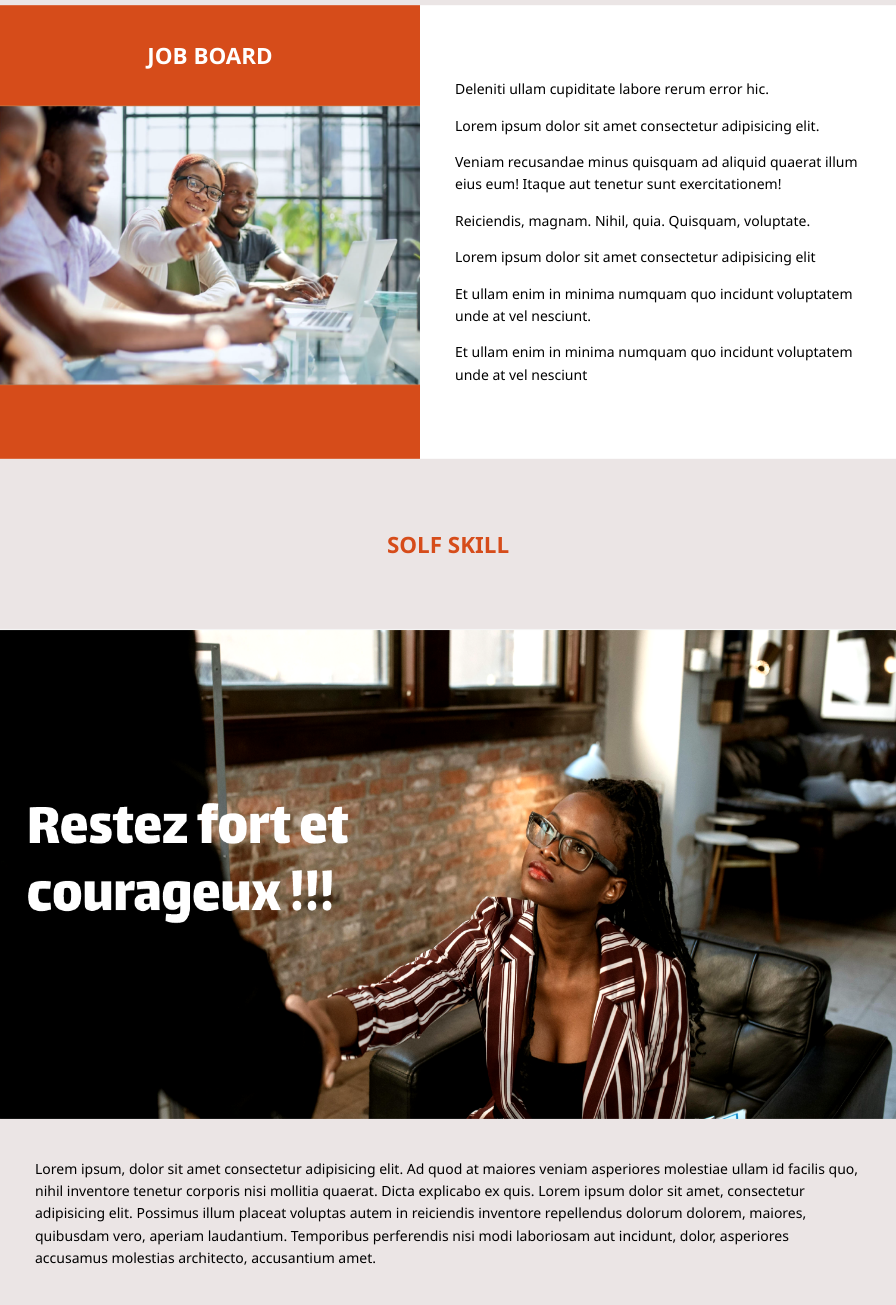
Repository: Ken-dia/newsletters_force_n
Page: index.html
The author's editor kept a copy of each file at every save. The page is drawn from the files as they stood at one save, then again after the next save.
The browser window is 1280 px wide. The pictures show the part of the page from y = 1728 to 3648 px (the page is 3592 px tall before and 3648 px after), at 70% of full size.

Above is the page before, as saved 2024-04-22 09:34:41.

### index.html
<!DOCTYPE html>
<html lang="en">
<head>
    <meta charset="UTF-8">
    <meta name="viewport" content="width=device-width, initial-scale=1.0">
    <link rel="stylesheet" href="styles.css">
    <title>FORCEN</title>
</head>
    <body>
        <section>
            <div class="entete">
                <div class="logos">
                    <div class="logo">
                        <h4>UVS</h4>
                    </div>
                    <div class="logo">
                        <h4>Force N</h4>
                        <div class="title-newsletters">Newsletter</div>
                        <div class="subtitle-newsletters">FORCE-N,ton future dans le numérique !</div>
                    </div>
                    <div class="logo">
                        <h4>Mastercard</h4>
                    </div>

                </div>
                <div class="day">
                    <div>N° 6 | 22 / 04 / 2024</div>
                </div>
            </div>
        </section>
        <section>
            <div class="image1">
                <img src="/images/image1.png" alt="image1" width="100%" height="600px">
            </div>
        </section>
        <section>
            <div class="container">
                <div class="emploies">
                    <div class="title-emploie">
                        EMPLOI PAR FORCE N
                    </div>
                    <div class="emploie">
                        <div class="item">
                            <div class="title">
                                JOB BOARD
                            </div>
                            <div class="text">
                                Lorem ipsum dolor sit amet consectetur adipisicing elit. Nobis minus consequuntur atque iure corrupti amet labore consequatur sint laborum ducimus qui, id eveniet iusto. Modi aspernatur quidem quibusdam quis autem?
                            </div>
                            <div class="actions">
                                <div class="icon">
                                    <img src="/icons/share.png" width="30px" height="30px">
                                </div>
                                <div class="icon">
                                    <img src="/icons/star.png" width="30px" height="30px">
                                </div>
                            </div>

                        </div>
                        <div class="item">
                            <div class="title">
                                JOB COACH
                            </div>
                            <div class="text">
                                Lorem ipsum dolor sit amet consectetur adipisicing elit. Nobis minus consequuntur atque iure corrupti amet labore consequatur sint laborum ducimus qui, id eveniet iusto. Modi aspernatur quidem quibusdam quis autem?
                            </div>
                            <div class="actions">
                                <div class="icon">
                                    <img src="/icons/share.png" width="30px" height="30px">
                                </div>
                                <div class="icon">
                                    <img src="/icons/star.png" width="30px" height="30px">
                                </div>
                            </div>
                        </div>
                        <div class="item">
                            <div class="title">
                                SOFT SKILL
                            </div>
                            <div class="text">
                                Lorem ipsum dolor sit amet consectetur adipisicing elit. Nobis minus consequuntur atque iure corrupti amet labore consequatur sint laborum ducimus qui, id eveniet iusto. Modi aspernatur quidem quibusdam quis autem?
                            </div>
                            <div class="actions">
                                <div class="icon">
                                    <img src="/icons/share.png" width="30px" height="30px">
                                </div>
                                <div class="icon">
                                    <img src="/icons/star.png" width="30px" height="30px">
                                </div>
                            </div>
                        </div>
                    </div>
                </div>

            </div>
        </section>
        <section>
            <div class="job-board">
                <div class="board-image">
                    <div class="title-job-board">JOB BOARD</div>
                    <img src="/images/image2.png" width="600px" height="400px">
                </div>
                <div class="board-text">
                    <div>
                       <p>Deleniti ullam cupiditate labore rerum error hic.</p>
                        <p>Lorem ipsum dolor sit amet consectetur adipisicing elit.</p>
                        <p>Veniam recusandae minus quisquam ad aliquid quaerat illum eius eum! Itaque aut tenetur sunt exercitationem!</p>
                        <p>Reiciendis, magnam. Nihil, quia. Quisquam, voluptate.</p>
                        <p>Lorem ipsum dolor sit amet consectetur adipisicing elit</p>
                        <p>Et ullam enim in minima numquam quo incidunt voluptatem unde at vel nesciunt.</p>
                        <p>Et ullam enim in minima numquam quo incidunt voluptatem unde at vel nesciunt</p>
                    </div>
                </div>
            </div>
        </section>
        <section>
            <div class="soft-kill-title">SOLF SKILL</div>
            <div class="image-soft-skill">
                <img src="/images/image3.png" width="100%" height="700px" alt="image3">
            </div>
            <div class="text-solf-skill">
                Lorem ipsum, dolor sit amet consectetur adipisicing elit. Ad quod at maiores veniam asperiores molestiae ullam id facilis quo, nihil inventore tenetur corporis nisi mollitia quaerat. Dicta explicabo ex quis.
                Lorem ipsum dolor sit amet, consectetur adipisicing elit.
                Possimus illum placeat voluptas autem in reiciendis inventore repellendus dolorum dolorem, maiores, quibusdam vero, aperiam laudantium. Temporibus perferendis nisi modi laboriosam aut incidunt, dolor, asperiores accusamus molestias architecto, accusantium amet.
                </div>
        </section>

    </body>
</html>

### styles.css
body {
    font-family: 'Segoe UI', Tahoma, Geneva, Verdana, sans-serif;
    background-color: rgb(235, 229, 229);
   margin: 0px;
}
.entete {
    background-color: white;
    padding: 20px;
}
.logos {
    display: flex;
    justify-content: space-between;
}
.title-newsletters {
    color: rgb(214, 76, 26);
    font-size: 5rem;
    font-weight: 950;
}
.subtitle-newsletters {
    color: grey;
    font-size: 1.5rem;
    font-weight: 950;
}
.day {
    display: flex;
    justify-content: end;
    font-size: 1.5rem;
    font-weight: 950;
}
.container {
    margin: 5%;
}
.title-emploie {
    display: flex;
    justify-content: center;
    font-size: 2rem;
    font-weight: 950;
    margin: 50px;
}
.emploie {
    display: flex;
    gap: 100px;
}
.emploie .item {
    background-color: white;
    border: 1px solid rgb(168, 168, 224);
    font-size: 20px;
    line-height: 32px;
    padding: 20px 50px;
    box-shadow: inset 0 0 0 1px rgb(235, 229, 229);
}
.emploie .item .title {
    color: rgb(214, 76, 26);
    font-weight: 950;
    font-size: 2rem;
    text-align: center;
    margin: 0% 10%;
    border-bottom: 1px solid rgb(135, 135, 252);
    /* padding: 20px;
    */
}

.emploie .item .text {
    margin: 50px 0px;
    text-align: justify;
}

.emploie .item .actions {
    display: flex;
    justify-content: end;
    gap: 20px;
}
.job-board {
    display: flex;

}
.board-image {
    background-color: rgb(214, 76, 26);
    padding: 50px 0px 100px 0px;
}
.title-job-board {
    text-align: center;
    color: white;
    font-size: 2rem;
    margin-bottom: 50px;
    font-weight: 900;
}
.board-text {
    background-color: white;
    display: flex;
    justify-content: center;
    align-items: center;
    padding: 50px;
    font-size: 20px;
    line-height: 32px;
}
.soft-kill-title {
    display: flex;
    justify-content: center;
    font-size: 2rem;
    font-weight: 950;
    margin: 100px;
    color: rgb(214, 76, 26);
}

.text-solf-skill {
    margin: 50px;
    font-size: 20px;
    line-height: 32px;
}

After the next save:
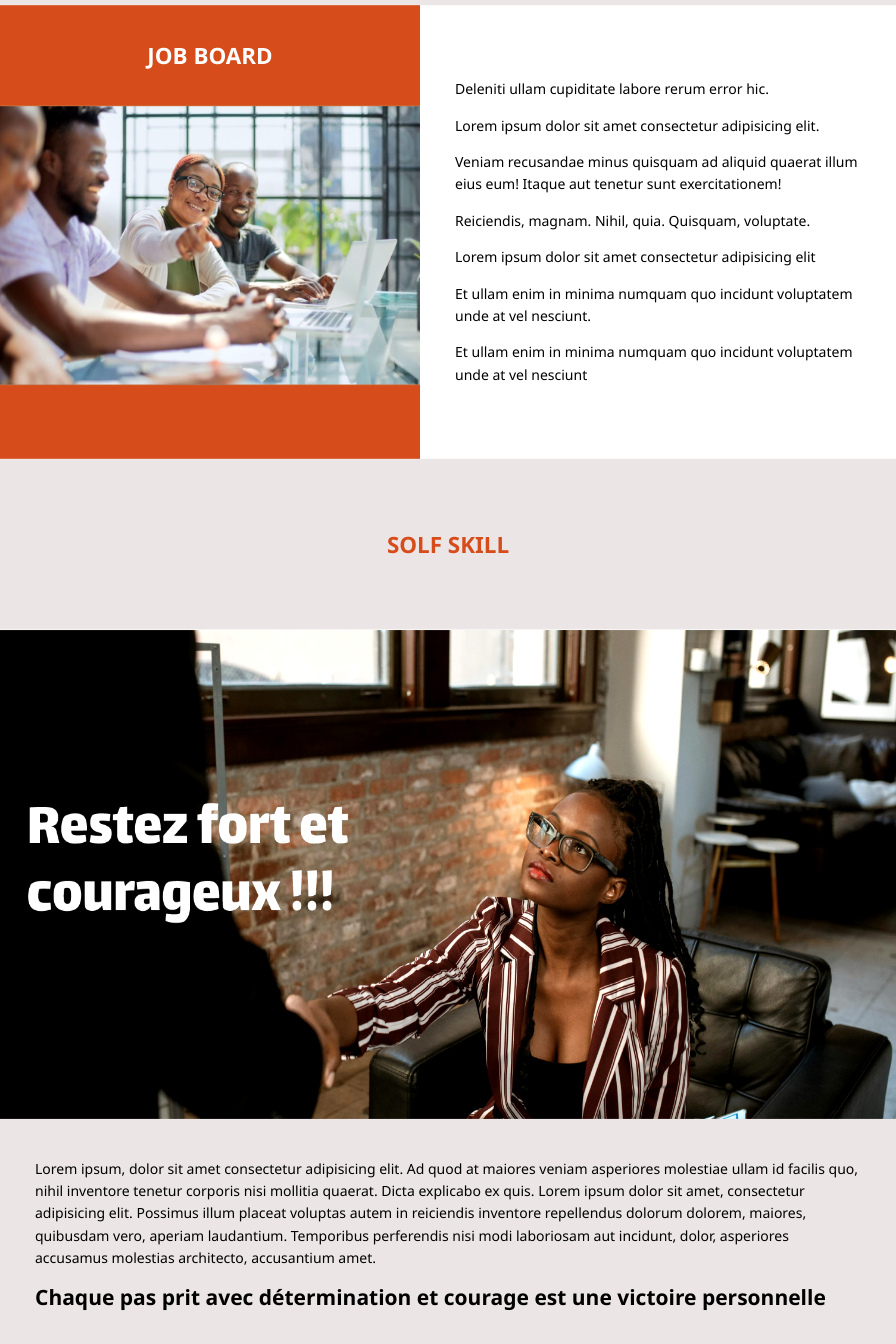
Saved 3 min 9 s later.
--- a/index.html
+++ b/index.html
@@ -119,10 +119,14 @@
                 <img src="/images/image3.png" width="100%" height="700px" alt="image3">
             </div>
             <div class="text-solf-skill">
-                Lorem ipsum, dolor sit amet consectetur adipisicing elit. Ad quod at maiores veniam asperiores molestiae ullam id facilis quo, nihil inventore tenetur corporis nisi mollitia quaerat. Dicta explicabo ex quis.
-                Lorem ipsum dolor sit amet, consectetur adipisicing elit.
-                Possimus illum placeat voluptas autem in reiciendis inventore repellendus dolorum dolorem, maiores, quibusdam vero, aperiam laudantium. Temporibus perferendis nisi modi laboriosam aut incidunt, dolor, asperiores accusamus molestias architecto, accusantium amet.
-                </div>
+                <p>
+                    Lorem ipsum, dolor sit amet consectetur adipisicing elit. Ad quod at maiores veniam asperiores molestiae ullam id facilis quo, nihil inventore tenetur corporis nisi mollitia quaerat. Dicta explicabo ex quis.
+                    Lorem ipsum dolor sit amet, consectetur adipisicing elit.
+                    Possimus illum placeat voluptas autem in reiciendis inventore repellendus dolorum dolorem, maiores, quibusdam vero, aperiam laudantium. Temporibus perferendis nisi modi laboriosam aut incidunt, dolor, asperiores accusamus molestias architecto, accusantium amet.
+                </p>
+                <h1>Chaque pas prit avec détermination et courage est une victoire personnelle </h1>
+
+            </div>
         </section>
 
     </body>
